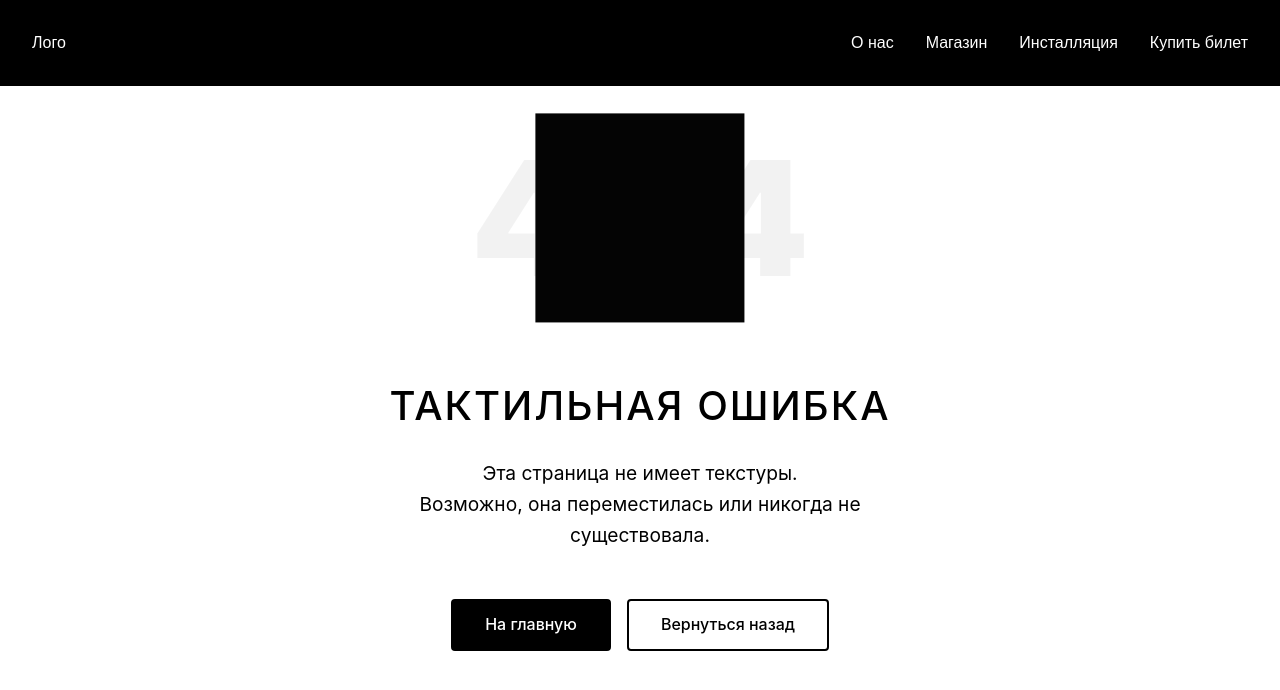
Repository: Mizuki79/HSE_session_4
Page: 404.html
The author's editor kept a copy of each file at every save. The page is drawn from the files as they stood at one save, then again after the next save.
The browser window is 1280 px wide. The pictures show the whole page.
Pictures or frames that could not be fetched are drawn as grey boxes.

Above is the page before, as saved 2025-06-27 06:28:34.

### 404.html
<!DOCTYPE html>
<html lang="ru">
<head>
    <meta charset="UTF-8">
    <meta name="viewport" content="width=device-width, initial-scale=1.0">
    <title>404 - Страница не найдена | Фестиваль Текстур</title>
    <link rel="stylesheet" href="stylesheets/layout.css">
</head>
<body>
    <nav class="navbar">
        <a href="index.html">Лого</a>
        <ul class="nav-links">
            <li><a href="about.html">О нас</a></li>
            <li><a href="shop.html">Магазин</a></li>
            <li><a href="installation.html">Инсталляция</a></li>
            <li><a href="tickets.html">Купить билет</a></li>
        </ul>
    </nav>

    <main class="error-container">
        <div class="error-content">
            <div class="error-animation">
                <div class="text-404" aria-hidden="true">404</div>
                <div class="texture-element"></div>
            </div>

            <h1 class="error-title">Тактильная ошибка</h1>

            <p class="error-text">
                Эта страница не имеет текстуры.<br>
                Возможно, она переместилась или никогда не существовала.
            </p>

            <div class="error-actions">
                <a href="index.html" class="home-btn">На главную</a>
                <a href="javascript:history.back()" class="back-btn">Вернуться назад</a>
            </div>
        </div>
    </main>

    <script src="javascripts/404.js"></script>
</body>
</html>

### stylesheets/layout.css
body {
    font-family: 'Inter', sans-serif;
    background-color: #fff;
    color: #000;
    margin: 0;
    padding: 0;
    line-height: 1.4;
    text-align: center;
}

.container {
    max-width: 1200px;
    margin: 0 auto;
    padding: 20px;
}

.navbar {
    display: flex;
    justify-content: space-between;
    align-items: center;
    flex-wrap: nowrap;
    padding: 1rem 2rem;
    background-color: #000;
    color: white;
    font-family: 'Pragmatica', sans-serif;
}


.nav-links {
    display: flex;
    list-style: none;
    gap: 2rem;
}

.navbar a {
    color: white;
    text-decoration: none;
    font-size: 1rem;
    transition: color 0.3s;
}

.navbar a:hover{
    color: #ccc;
}

.navbar .active:hover {
    background-color: #ffffffc4;
    color: #000;
}

.navbar .active {
    background-color: #ffffffc4;
    font-weight: bold;
    text-decoration: none;
    padding: 10px 30px;
    border-radius: 35px;
    color: #000;
}
main {
    display: flex;
    align-items: center;
    flex-direction: column;
}
h1 {
    font-size: 40px;
    font-weight: 500;
    text-align: center;
    margin: 60px 0 40px;
    letter-spacing: -1px;
}

.countdown {
    background: url("../images/countdown.jpg");
}

.section {
    width: fit-content;
    padding: 20px 0 20px;
    border-radius: 20px;
    height: fit-content;
    min-width: 50%;
    min-height: 300px;
    position: relative;

}

.countdown__title {
    font-weight: 400;
    color: #fff;
    font-size: 20px;
}

.countdown-timer {
    font-size: 3.2rem;
    font-family: 'Panama', monospace;
    margin: 20px 0 40px 0 ;
    color: #fff;
    font-weight: 100;
}

.button {
    display: inline-block;
    padding: 10px 35px;
    background-color: #fff;
    color: #000;
    font-size: 1rem;
    text-transform: uppercase;
    letter-spacing: 1px;
    margin-top: 30px;
    margin-bottom: 30px;
    border: 1px solid #000;
    transition: all 0.3s;
    border-radius: 35px;
    font-weight: bold;
}

.ticket-button:hover {
    background-color: #fff;
    color: #000;
}

.divider {
    border-top: 1px solid #000;
    margin: 80px auto;
    width: 90%;
}
.installations {
    display: flex;
    justify-content: space-around;
    margin: 20px 0 20px;
}

.festival{
    background-color: #D9D9D9;
}

.installations img {
    height: auto;
    width: 30%;
}

.button-black {
    padding: 10px 35px;
    background-color: #000;
    color: #fff;
    border-radius: 20px;
}

.quote {
    text-align: center;
    background-image: url("../images/quote.png");
    color: #fff;
    display: flex;
    align-items: center;

}

.about {
    position: absolute;
    bottom: 20px;
    left: 50%;
    transform: translateX(-50%);
}

.quote-text {
    font-size: 1.5rem;
    font-style: italic;
    max-width: 300px;
    margin: 0 auto;
    line-height: 1.6;
    font-weight: 100;
    font-family: "Montserrat Alternates", sans-serif;
    line-height: normal;
}
footer {
    display: flex;
    justify-content: start;
    height: 200px;
    width: 100%;
    background: #000;
    margin-top: 20%;
}
.footer-container {
    display: flex;
    justify-content: space-between;
    padding-top: 20px;
    margin-left: 20px;
    width: 40%;
    text-align: start;
    gap: 50px;
}

.footer-title {
    font-family: "Seymour One", sans-serif;
    color: #4578F3;
    margin-bottom: 30px;
}

.footer-label {
    font-family: "Montserrat Alternates", sans-serif;
    line-height: normal;
    color: #fff;
}

.logo img {
    height: 40px;
    width: 70px;
}

.button-ticket {
    background-color: #2485F4;
    color: #000 !important;
    padding: 18px 35px;
    border-radius: 35px;
}

/* Страница инсталляций */

.installation-container {
    width: 100%;
    margin-top: 10vh;
    gap: 10vh;
}
.installation-container img {
    border-radius: 35px;
    max-height: 400px;
}
.installation-content {
    display: flex;
    justify-content: space-around;
    align-content: center;
    align-items: center;
    text-align: left;
    flex-wrap: wrap;
    width: 100%;
    font-weight: 500;
}

.installation-title {
    display: flex;
    font-size: 2rem;
    font-weight: 400;
    text-align: center;
    letter-spacing: -1px;
    line-height: 1.2;
    max-width: 400px;
}

.installation-text {
    font-size: 1.4rem;
    margin-bottom: 2.5rem;
    text-align: justify;
    line-height: 1.8;
    max-width: 400px;
}
.installation-discription {
    max-width: 80%;
    text-align: center;
}

.img-labels {
    display: flex;
    gap: 3vw;
    justify-content: space-around;
    flex-wrap: wrap;
    margin: 0 20px;
}

.img-label {
    height: 300px;
}

@media (max-width: 768px) {

    .installation-title {
        font-size: 2.2rem;
        margin-bottom: 2.5rem;
    }

    .installation-text {
        font-size: 1.2rem;
    }
}

/* Страница магазина */

.shop-container {
    max-width: 1200px;
    margin: 0.5rem auto;
    padding: 0 2rem;
    display: flex;
    justify-content: center;
    font-family: "Montserrat Alternates", sans-serif;
}

.start-container {
    margin-top: 0;
    position: relative;
    display: flex;
    align-items: end;
    justify-content: center;
    background-image: url("../images/shop_start.png");
    background-repeat: no-repeat;
    background-size: 100%;
    color: #fff;
    margin-bottom: 30px;
}

.start-container img {
    height: 60vw;
}

.shop-title {
    position: absolute;
    bottom: 10px;
    font-size: 3.5vw;
    font-weight: 400;
    text-align: center;
    margin-bottom: 2rem;
    text-transform: uppercase;
    letter-spacing: 3px;
}

.shop-subtitle {
    font-size: 1.4rem;
    text-align: center;
    max-width: 800px;
    margin: 0 auto 3rem;
    line-height: 1.8;
}

.products-grid {
    display: flex;
    justify-content: space-around;
    flex-wrap: wrap;
    gap: 2rem;
    margin-top: 4rem;
}

.product-item {
    height: 400px;
    border: 1px solid #00000081;
    display: flex;
    align-items: center;
    justify-content: center;
    font-size: 1.2rem;
}

.product-item img {
    height: 340px;
}

@media (max-width: 768px) {
    .shop-subtitle {
        font-size: 1.1rem;
    }

    .shop-features {
        flex-direction: column;
        gap: 1rem;
    }

    .products-grid {
        grid-template-columns: 1fr;
    }
}

/* Страница покупки билета */

.tickets-container {
    max-width: 1200px;
    margin: 4rem auto;
    padding: 0 2rem;
}

.tickets-title {
    font-size: 3rem;
    font-weight: 400;
    text-align: center;
    margin-bottom: 3rem;
}

.standart {
    background-image: url("../images/countdown.jpg");
}

.benefit {
    background-image: url("../images/ticket-1.png");
    background-position: right;
    background-size: 200%;
}

.family {
    background-image: url("../images/ticket-2.png");
}

/* Карточки билетов */
.ticket-options {
    display: flex;
    flex-wrap: wrap;
    justify-content: center;
    gap: 2rem;
    margin-bottom: 4rem;
}

.ticket-card {
    padding: 2rem;
    display: flex;
    flex-direction: column;
    color: #fff;
    border-radius: 35px;
    border: 1px solid #fff;
    text-align: left;
}

.ticket-type {
    font-size: 1.8rem;
    margin: 0 0 1.5rem 0;
    font-weight: 500;
}

.ticket-features {
    list-style: none;
    padding: 0;
    margin: 0 0 2rem 0;
    flex-grow: 1;
}

.ticket-features li {
    margin-bottom: 0.8rem;
}

.ticket-note {
    font-style: italic;
    color: #ffffffc0;
    font-size: 0.9rem;
    margin-top: 1rem;
    max-width: 300px;
}

.reserve-btn {
    backdrop-filter: blur(10px);
    color: #fff;
    border: 1px solid #fff;
    padding: 1rem;
    font-size: 1rem;
    cursor: pointer;
    transition: background-color 0.3s;
    border-radius: 35px;
    text-align: center;
}

.reserve-btn:hover {
    background-color: #333;
}

.divider {
    border-top: 1px solid #ddd;
    margin: 4rem 0;
}

.booking-form {
    max-width: 600px;
    margin: 0 auto;
}

.form-title {
    font-size: 2rem;
    margin-bottom: 2rem;
    text-align: center;
}

.form-group {
    margin-bottom: 1.5rem;
}

.form-group label {
    display: block;
    margin-bottom: 0.5rem;
    font-weight: 500;
}

.form-input {
    width: 100%;
    padding: 0.8rem;
    border: 1px solid #ddd;
    font-size: 1rem;
    font-family: 'Pragmatica', sans-serif;
}

#select {
    width: 100%;
}

.form-note {
    font-style: italic;
    color: #666;
    margin: 2rem 0;
    text-align: center;
}

.submit-btn {
    display: block;
    width: 100%;
    background-color: #000;
    color: #fff;
    border: none;
    padding: 1.2rem;
    font-size: 1.1rem;
    cursor: pointer;
    transition: background-color 0.3s;
}

.submit-btn:hover :not(:disabled) {
    background-color: #333;
}

.submit-btn:disabled {
  color: #ffffff7f;
  cursor: not-allowed;
}

@media (max-width: 768px) {
    .nav-links {
        margin-top: 1rem;
        gap: 1rem;
    }

    .tickets-title {
        font-size: 2.2rem;
    }

    .ticket-options {
        grid-template-columns: 1fr;
    }
}

/* Страница 404 */

.error-container {
    flex: 1;
    display: flex;
    align-items: center;
    justify-content: center;
    padding: 2rem;
}

.error-content {
    text-align: center;
    max-width: 800px;
    margin: 0 auto;
}

.error-animation {
    position: relative;
    margin: 0 auto 3rem;
    width: 300px;
    height: 200px;
}

.text-404 {
    font-size: 10rem;
    font-weight: 900;
    color: rgba(0, 0, 0, 0.05);
    position: absolute;
    top: 50%;
    left: 50%;
    transform: translate(-50%, -50%);
    z-index: 0;
    user-select: none;
}

.texture-element {
    width: 200px;
    height: 200px;
    background-color: #000;
    mask: url('../images/texture-mask.svg') no-repeat center;
    -webkit-mask: url('../images/texture-mask.svg') no-repeat center;
    position: relative;
    z-index: 1;
    margin: 0 auto;
    animation: texture-pulse 4s infinite alternate;
}

@keyframes texture-pulse {
    0% { opacity: 0.7; transform: scale(0.95); }
    100% { opacity: 1; transform: scale(1.05); }
}

.error-title {
    font-size: 2.5rem;
    margin-bottom: 1.5rem;
    text-transform: uppercase;
    letter-spacing: 2px;
}

.error-text {
    font-size: 1.2rem;
    line-height: 1.6;
    margin-bottom: 3rem;
    max-width: 500px;
    margin-left: auto;
    margin-right: auto;
}

.error-actions {
    display: flex;
    gap: 1rem;
    justify-content: center;
    flex-wrap: wrap;
}

.home-btn, .back-btn {
    padding: 0.8rem 2rem;
    border-radius: 4px;
    text-decoration: none;
    font-weight: 500;
    transition: all 0.3s ease;
}

.home-btn {
    background-color: #000;
    color: #fff;
    border: 2px solid #000;
}

.back-btn {
    background-color: transparent;
    color: #000;
    border: 2px solid #000;
}

.home-btn:hover {
    background-color: #333;
    border-color: #333;
}

.back-btn:hover {
    background-color: #f0f0f0;
}

@media (max-width: 768px) {
    .item-flex {
        flex-wrap: wrap;
    }

    .text-404 {
        font-size: 8rem;
    }

    .error-title {
        font-size: 2rem;
    }

    .error-text {
        font-size: 1rem;
    }
}

/* Страница товара */
.item-container {
    margin-top: 10vh;
    display: flex;
    justify-content: center;
    align-items: center;
    align-content: center;
    height: 100%;
    width: 100%;
    text-wrap: wrap;
}

.item-flex {
    display: flex;
    align-items: center;
    align-content: center;
    justify-content: space-around;
    width: 80%;
    gap: 2vw;
    text-align: left;
    /* flex-wrap: wrap; */
}

.item-title {
    font-size: 32px;
    font-weight: 500;
}

.product-item {
    border-radius: 35px;
}

.price {
    margin: 10px 35px 0;
}

.order-button {
    padding: 10px 35px;
    background-color: transparent;
    border: 1px solid #000;
    border-radius: 35px;
}

#burger-toggle {
    display: none;
}

/* Иконка бургера */
.burger {
    display: none;
    flex-direction: column;
    justify-content: space-between;
    width: 28px;
    height: 20px;
    cursor: pointer;
}

.burger span {
    height: 3px;
    width: 100%;
    background-color: #fff;
    border-radius: 2px;
    transition: 0.3s ease;
}

/* Мобильный вид */
@media (max-width: 768px) {
    .burger {
        display: flex;
        z-index: 1001;
    }

    .nav-links {
        position: absolute;
        top: 0;
        left: 0;
        right: 0;
        background-color: #111;
        flex-direction: column;
        align-items: center;
        gap: 1.5rem;
        padding: 1rem 0;
        display: none;
    }

    #burger-toggle:checked ~ .nav-links {
        display: flex;
        z-index: 1000;
    }
}

### javascripts/404.js
document.addEventListener('DOMContentLoaded', function() {
    const textureElement = document.querySelector('.texture-element');

    setInterval(() => {
        textureElement.style.transform = `scale(${1 + Math.random() * 0.1})`;
    }, 2000);

    document.addEventListener('mousemove', (e) => {
        const x = e.clientX / window.innerWidth - 0.5;
        const y = e.clientY / window.innerHeight - 0.5;
        textureElement.style.transform = `translate(${x * 20}px, ${y * 20}px)`;
    });
});

After the next save:
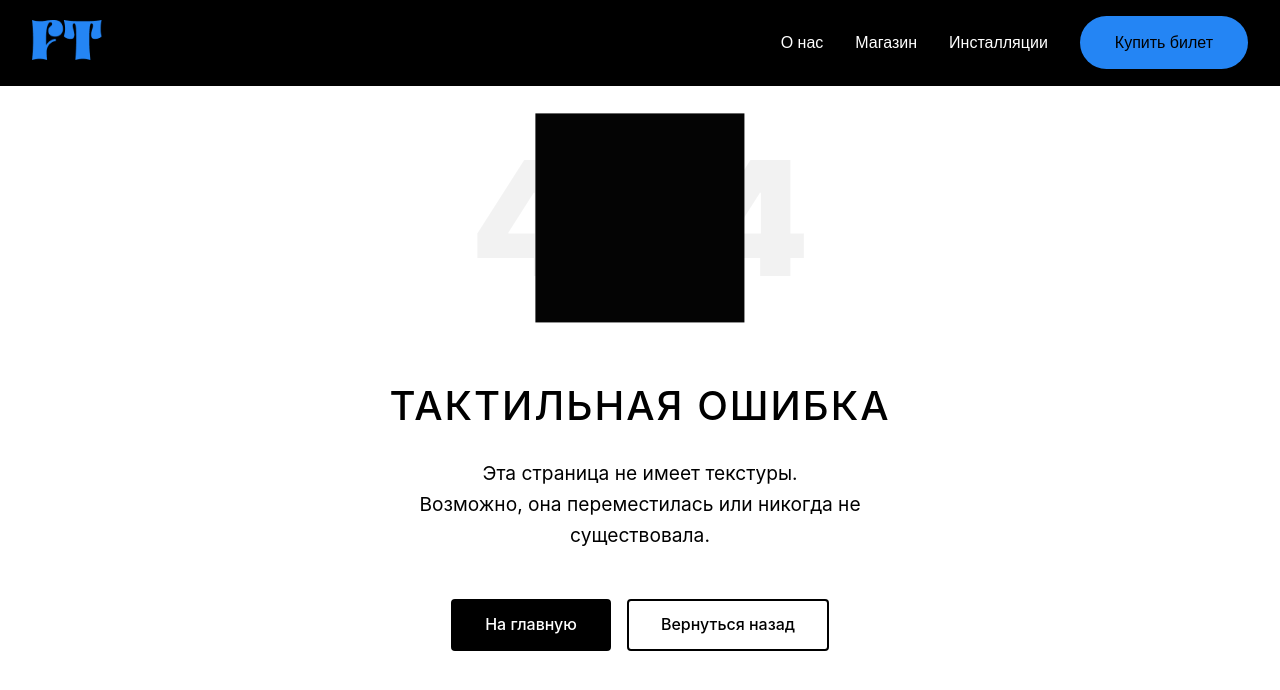
Saved 5 s later.
--- a/404.html
+++ b/404.html
@@ -8,12 +8,17 @@
 </head>
 <body>
     <nav class="navbar">
-        <a href="index.html">Лого</a>
+        <a href="index.html" class="logo"><img src="images/FT.png"/></a>
+        <input type="checkbox" id="burger-toggle">
+
+        <label for="burger-toggle" class="burger">
+            <span></span><span></span><span></span>
+        </label>
         <ul class="nav-links">
             <li><a href="about.html">О нас</a></li>
             <li><a href="shop.html">Магазин</a></li>
-            <li><a href="installation.html">Инсталляция</a></li>
-            <li><a href="tickets.html">Купить билет</a></li>
+            <li><a href="installation.html">Инсталляции</a></li>
+            <li><a href="tickets.html" class="button-ticket">Купить билет</a></li>
         </ul>
     </nav>
 
